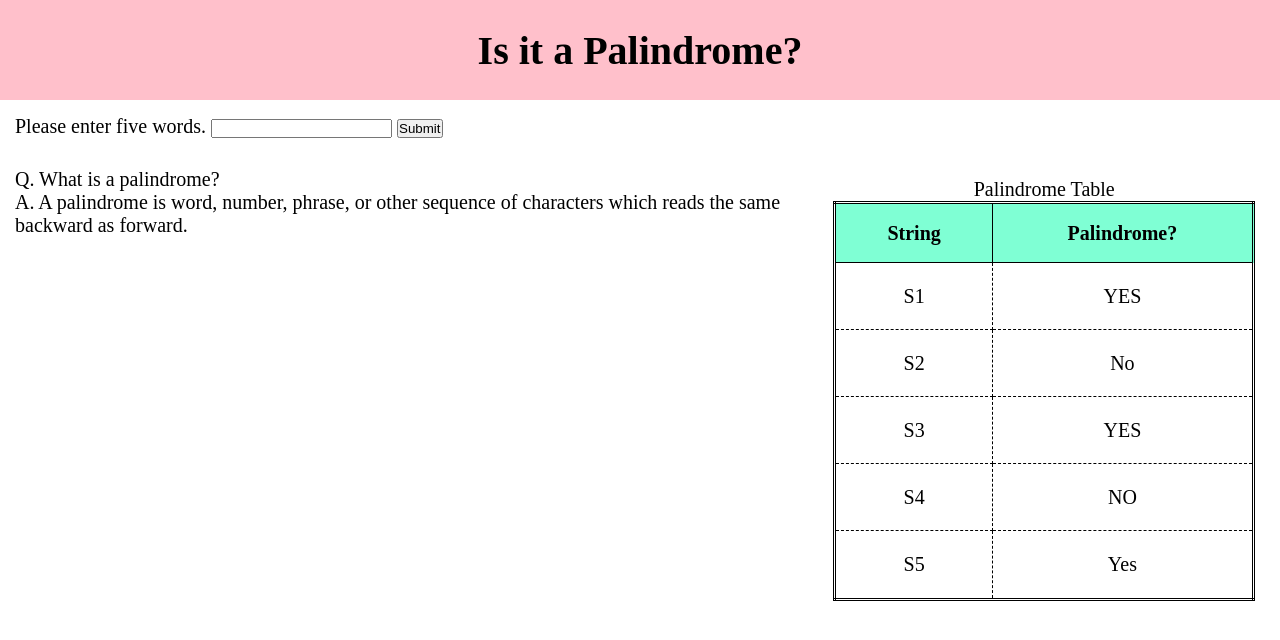
Repository: mlmEFSC21/P18-Palindrome-Table
Page: palindrome.html
The author's editor kept a copy of each file at every save. The page is drawn from the files as they stood at one save, then again after the next save.
The browser window is 1280 px wide. The pictures show the whole page.

Above is the page before, as saved 2022-04-03 18:02:14.

After the next save:
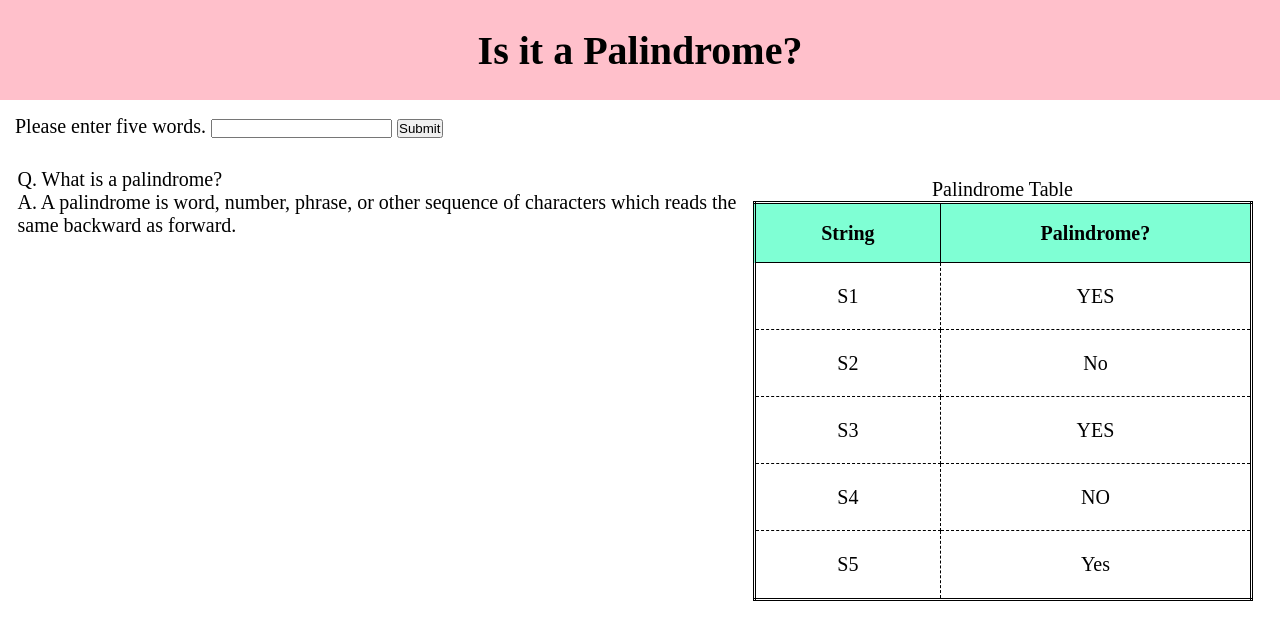
Saved 7 s later.
--- a/palindrome.css
+++ b/palindrome.css
@@ -34,7 +34,7 @@ header {
     justify-self: flex-start;
     align-self: flex-start;
     flex-wrap: wrap;
-    flex-basis: 960px;
+    flex-basis: 720px;
 }
 table {
     justify-self: flex-start;
